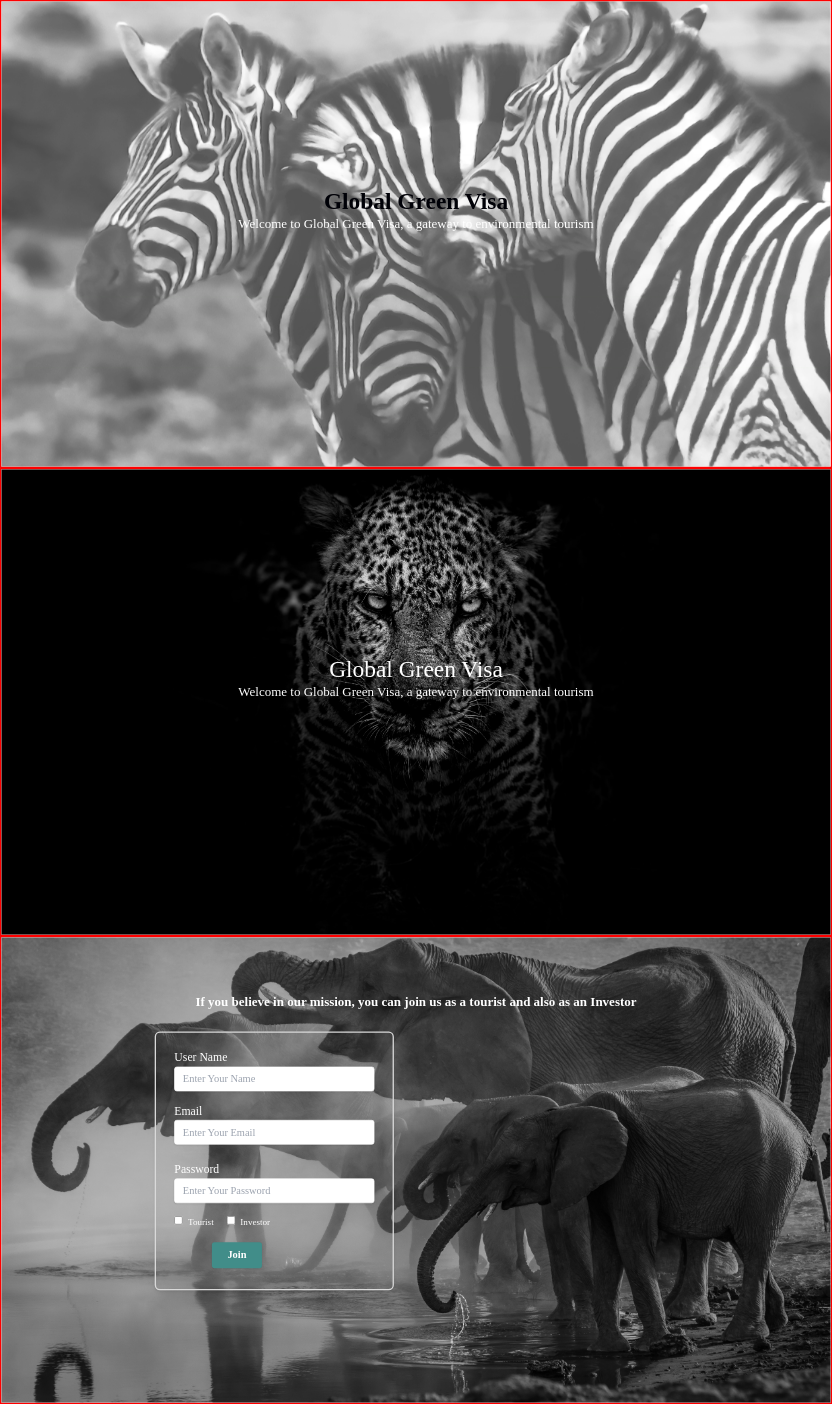
Repository: BrightonMboya/ggv-landingPage
Page: /
The author's editor kept a copy of each file at every save. The page is drawn from the files as they stood at one save, then again after the next save.
The browser window is 1280 px wide. The pictures show the whole page, at 65% of full size.
The project was rebuilt for these pictures with package versions that can differ from the ones it lists, and the page was loaded fresh each time. The framework's server and built-in components were replaced by stand-ins that run in the browser. Also part of the build but not shown: next.config.js.

Above is the page before, as saved 2022-06-14 11:25:41.

After the next save:
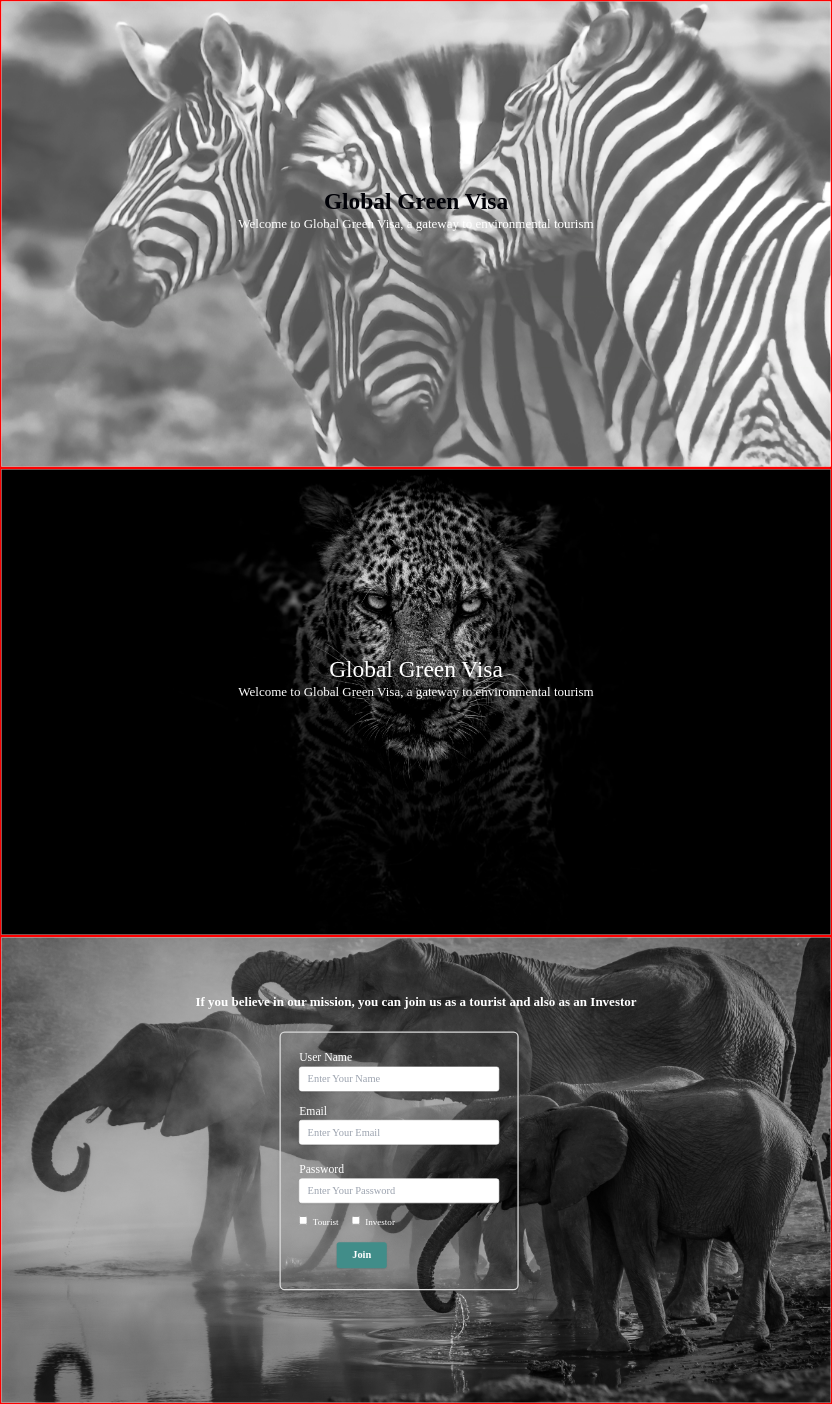
Saved 14 s later.
--- a/pages/Contactus.js
+++ b/pages/Contactus.js
@@ -40,7 +40,7 @@
               If you believe in our mission, you can join us as a tourist and
               also as an Investor
             </h3>
-            <div className="max-w-xs md:max-w-3xl lg:max-w-8xl] ml-[5vh] mt-8 flex items-center justify-center">
+            <div className="max-w-xs md:max-w-3xl lg:max-w-6xl ml-[5vh] mt-8 flex items-center justify-center">
               <form
                 onSubmit={submitHandler}
                 className="shadow-md rounded-lg px-7 pt-6 pb-8 mb-4 border-gray border-2"

After the save that followed:
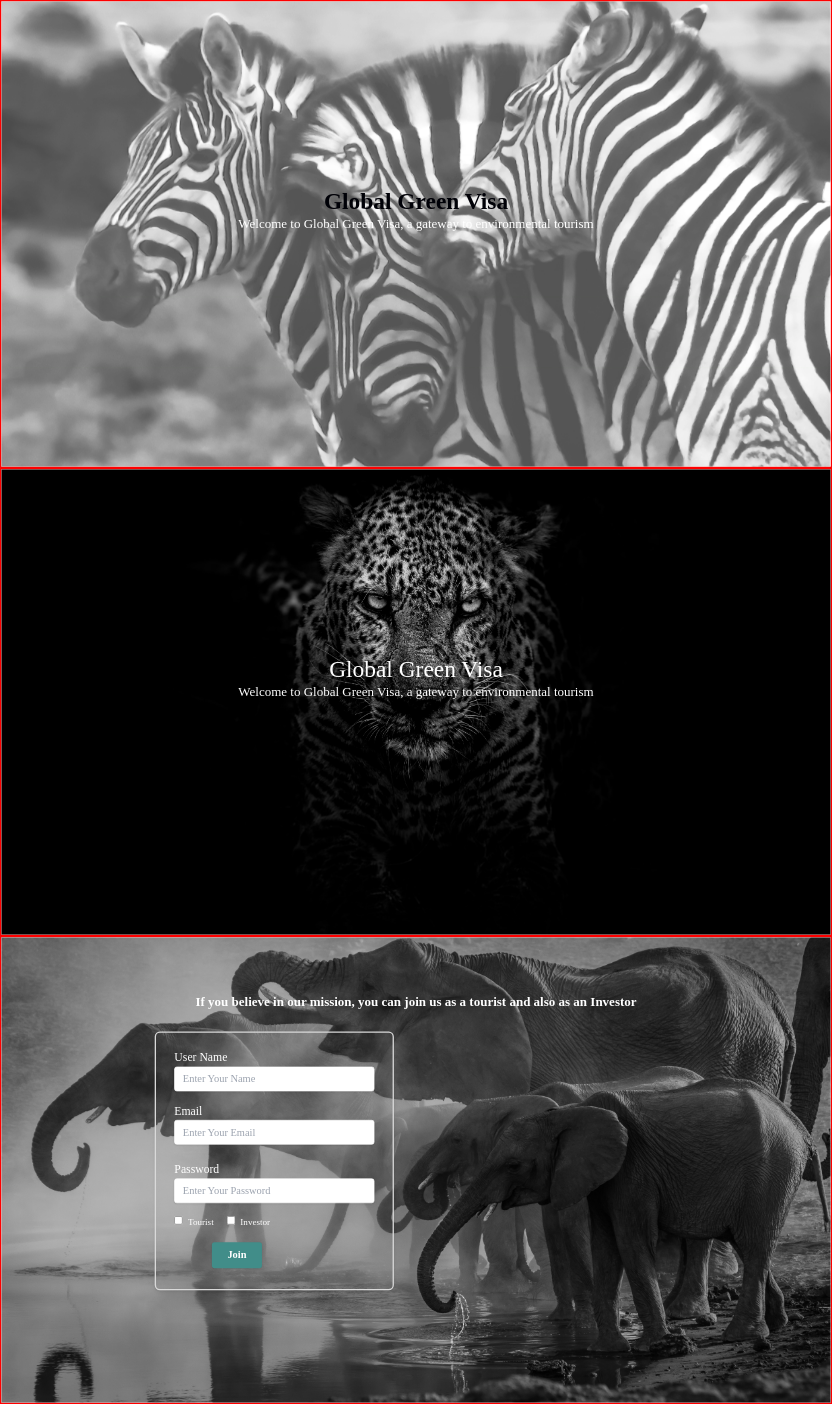
Saved 9 s later.
--- a/pages/Contactus.js
+++ b/pages/Contactus.js
@@ -40,7 +40,7 @@
               If you believe in our mission, you can join us as a tourist and
               also as an Investor
             </h3>
-            <div className="max-w-xs md:max-w-3xl lg:max-w-6xl ml-[5vh] mt-8 flex items-center justify-center">
+            <div className="max-w-xs md:max-w-3xl lg:max-w-auto ml-[5vh] mt-8 flex items-center justify-center">
               <form
                 onSubmit={submitHandler}
                 className="shadow-md rounded-lg px-7 pt-6 pb-8 mb-4 border-gray border-2"
